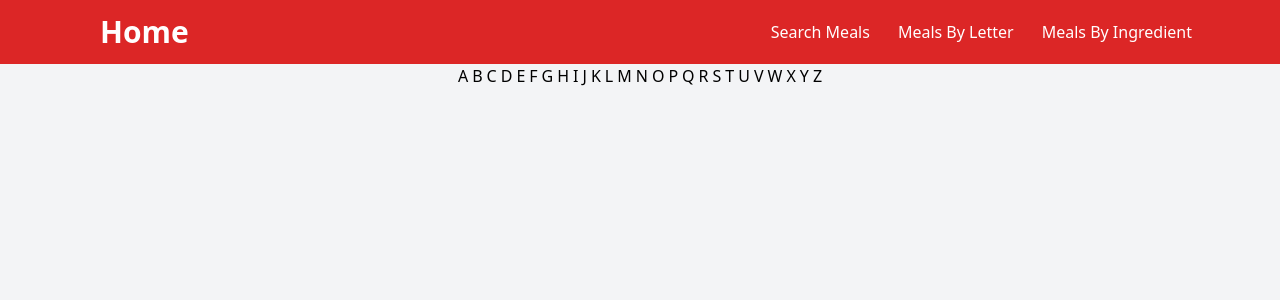
Repository: HalemX/meals
Page: /by-letter
These files come from the project's save history. The page is drawn as it stood at one moment and after the next save; the edit follows.
The browser window is 1280 px wide. The pictures show the whole page.
The project was rebuilt for these pictures with package versions that can differ from the ones it lists, and the page was loaded fresh each time. Also part of the build but not shown: vite.config.js, src/components/ui/BaseButtons.vue, src/pages/home/HomePage.vue, src/components/layout/GuestLayout.vue, src/pages/meals/MealsByIngredient.vue, src/pages/meals/MealsByName.vue, src/components/meals_components/MealDetails.vue, src/pages/meals/AllIngredients.vue.

Above is the page before, as saved 2024-02-12 17:31:33.

After the next save:
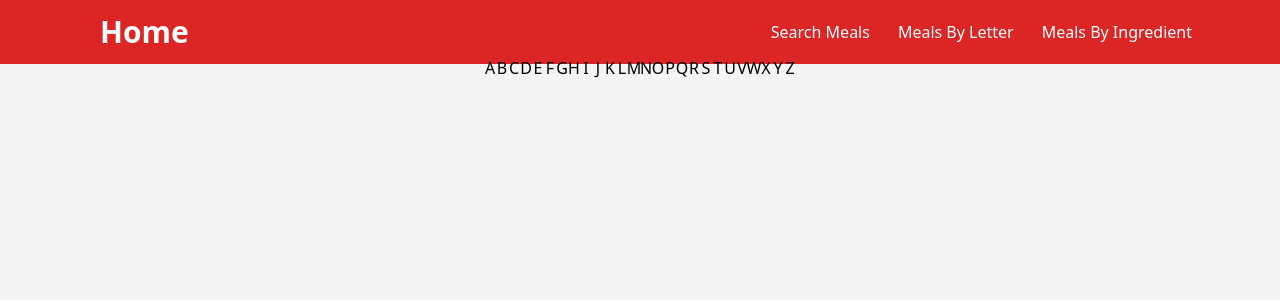
Saved 73 s later.
--- a/src/pages/meals/MealsByLetters.vue
+++ b/src/pages/meals/MealsByLetters.vue
@@ -5,6 +5,7 @@
         :to="{ name: 'byLetter', params: { letter } }"
         v-for="letter in letters"
         :key="letter"
+        class="w-2 h-2 flex items-center justify-center hover:text-orange-500 hover:scale-150 transition-all"
       >
         {{ letter }}</router-link
       >
